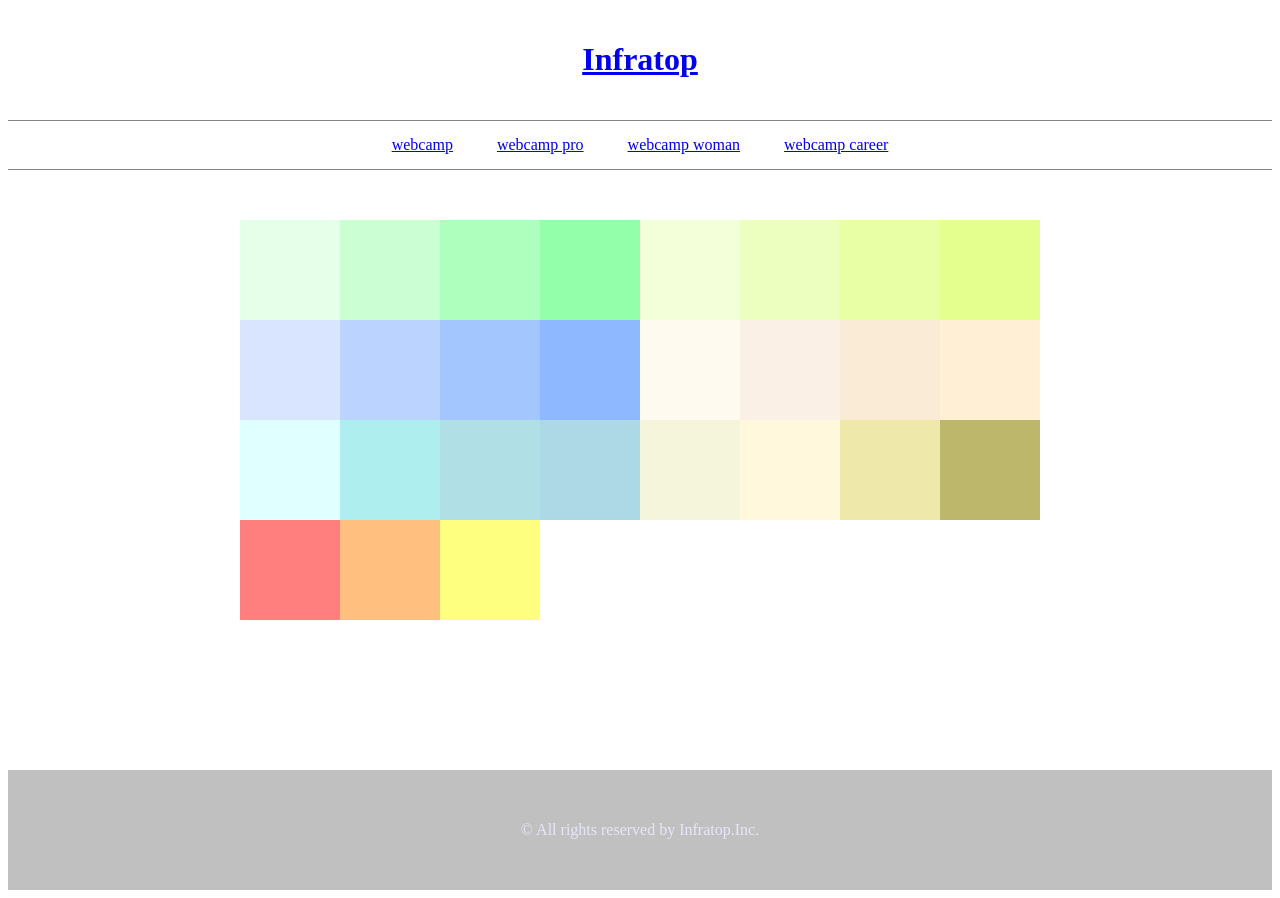
Repository: kiruha313/DWC
Page: exersise5/index.html
The author's editor kept a record of every edit. The page is drawn from the files as they stood at one moment, then again after the next edit.
The browser window is 1280 px wide. The pictures show the whole page.

Above is the page before.

After the next edit:
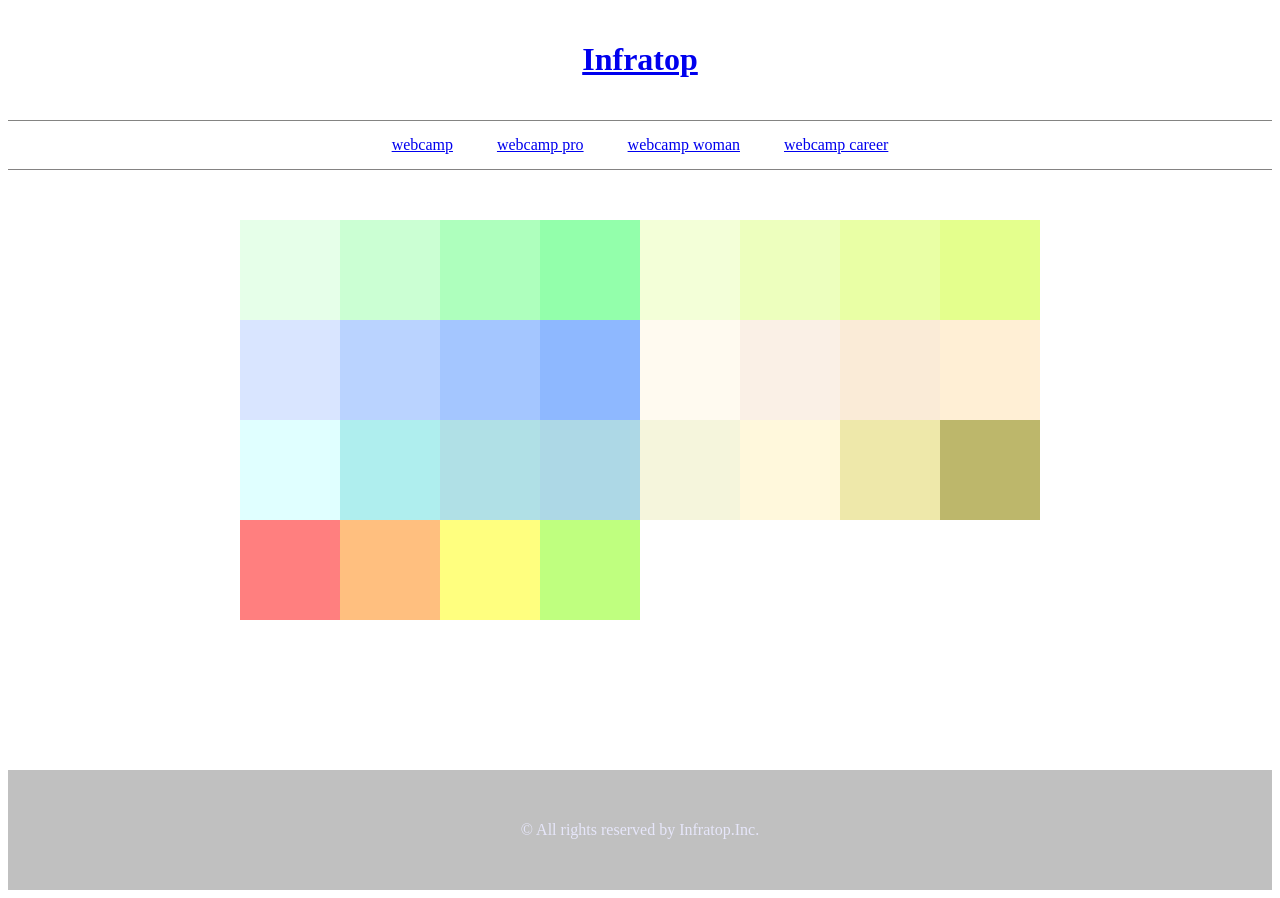
The edit:
--- a/exersise5/style.css
+++ b/exersise5/style.css
@@ -190,7 +190,7 @@
 .main28 {
   width: 100px;
   height: 100px;
-  background-color: ;
+  background-color: #bfff7f;
 }
 
 .main29 {
